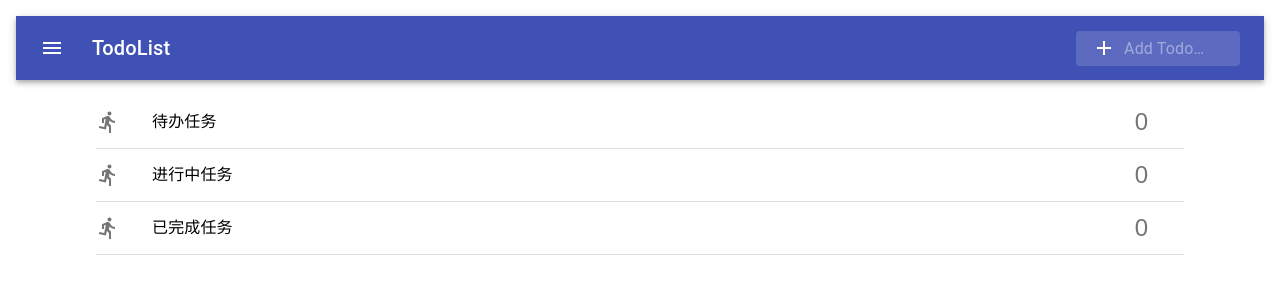
Repository: harperl71/TodoList
Page: /
These files come from the project's save history. The page is drawn as it stood at one moment and after the next save; the edit follows.
The browser window is 1280 px wide. The pictures show the whole page.
The project was rebuilt for these pictures with package versions that can differ from the ones it lists, and the page was loaded fresh each time. Also part of the build but not shown: src/components/content/task-item/index.tsx.

Above is the page before, as saved 2021-05-21 09:13:48.

### src/App.tsx
import React from "react";
import Header from "./components/header";
import Content from "./components/content";
import Footer from "./components/footer";
import Myprovider from "./context";

function App() {
  return (
    <div className="APP">
      <Myprovider>
        <Header />
        <Content />
        <Footer />
      </Myprovider>
    </div>
  );
}

export default App;

### src/components/header/index.tsx
import React, { useContext } from "react";
import { MyContext } from "../../context";
import AppBar from "@material-ui/core/AppBar";
import Toolbar from "@material-ui/core/Toolbar";
import IconButton from "@material-ui/core/IconButton";
import Typography from "@material-ui/core/Typography";
import InputBase from "@material-ui/core/InputBase";
import { makeStyles, fade } from "@material-ui/core/styles";
import MenuIcon from "@material-ui/icons/Menu";
import AddIcon from "@material-ui/icons/Add";

const useStyles = makeStyles((theme) => ({
  header: {
    margin: theme.spacing(2),
    justifyContent: "space-between",
  },
  listButton: {
    marginRight: theme.spacing(2),
  },
  title: {
    flexGrow: 1,
    display: "none",
    [theme.breakpoints.up("sm")]: {
      display: "block",
    },
  },
  search: {
    position: "relative",
    borderRadius: theme.shape.borderRadius,
    backgroundColor: fade(theme.palette.common.white, 0.15),
    "&:hover": {
      backgroundColor: fade(theme.palette.common.white, 0.25),
    },
    marginLeft: 0,
    width: "100%",
    [theme.breakpoints.up("sm")]: {
      marginLeft: theme.spacing(1),
      width: "auto",
    },
  },
  addIcon: {
    padding: theme.spacing(0, 2),
    height: "100%",
    position: "absolute",
    pointerEvents: "none",
    display: "flex",
    alignItems: "center",
    justifyContent: "center",
  },
  inputRoot: {
    color: "inherit",
  },
  inputInput: {
    padding: theme.spacing(1, 1, 1, 0),
    // vertical padding + font size from searchIcon
    paddingLeft: `calc(1em + ${theme.spacing(4)}px)`,
    transition: theme.transitions.create("width"),
    width: "100%",
    [theme.breakpoints.up("sm")]: {
      width: "12ch",
      "&:focus": {
        width: "20ch",
      },
    },
  },
}));

export default function SearchAppBar() {
  const classes = useStyles();
  const { Add } = useContext(MyContext);

  const enterPress = (evt: React.SyntheticEvent) => {
    if (
      (evt as KeyboardEventInit).code === "Enter" &&
      (evt.target as HTMLInputElement).value !== ""
    ) {
      Add((evt.target as HTMLInputElement).value);
      (evt.target as HTMLInputElement).value = "";
    }
  };

  return (
    <div className={classes.header}>
      <AppBar position="static">
        <Toolbar>
          <IconButton
            edge="start"
            className={classes.listButton}
            color="inherit"
            aria-label="open drawer"
          >
            <MenuIcon />
          </IconButton>
          <Typography className={classes.title} variant="h6" noWrap>
            TodoList
          </Typography>
          <div className={classes.search}>
            <div className={classes.addIcon}>
              <AddIcon />
            </div>
            <InputBase
              placeholder="Add Todo…"
              required
              classes={{
                root: classes.inputRoot,
                input: classes.inputInput,
              }}
              onKeyPress={enterPress}
            />
          </div>
        </Toolbar>
      </AppBar>
    </div>
  );
}

### src/components/content/index.tsx
import React, { Fragment } from "react";
import TaskList from "./task-list";
import { makeStyles } from "@material-ui/core";

const useStyles = makeStyles((theme) => ({
  content: {
    margin: theme.spacing(0, 6),
    justifyContent: "center",
  },
}));

const Content = () => {
  const classes = useStyles();
  return (
    <div className={classes.content}>
      <Fragment>
        <TaskList title="待办任务" status="todo" />
        <TaskList title="进行中任务" status="doing" />
        <TaskList title="已完成任务" status="done" />
      </Fragment>
    </div>
  );
};

export default Content;

### src/components/footer/index.tsx
import React from "react";

const Footer = () => {
  return <div className="footer"></div>;
};

export default Footer;

### src/context/index.tsx
import React, { createContext, useState } from "react";

export interface TodoProps {
  id: number;
  text: string;
  status: string;
}

export interface ContextProps {
  todoList: TodoProps[];
  Add: (item: string) => void;
  Delete: (id: number) => void;
  Remove: (index: number, status: string) => void;
  Clear: () => void;
}

export const MyContext = createContext({} as ContextProps);

const Myprovider = (props: React.PropsWithChildren<{}>) => {
  const [todoList, setList] = useState<TodoProps[]>([]);

  const Add = (item: string) => {
    const listItem = {
      id: new Date().getTime(),
      text: item,
      status: "todo",
    };
    setList([...todoList, listItem]);
  };
  //console.log(...todoList);

  const Delete = (id: number) => {
    setList(todoList.filter((item) => item.id !== id));
  };

  const Remove = (index: number, status: string) => {
    if (status === "todo") {
      const listItem = Object.assign({}, todoList[index], {
        status: "doing",
      });
      const list = todoList.splice(index, 1);
      setList([...list, listItem]);
    }
    if (status === "doing") {
      const listItem = Object.assign({}, todoList[index], {
        status: "done",
      });
      const list = todoList.splice(index, 1);
      setList([...list, listItem]);
    }
  };

  const Clear = () => setList([]);

  return (
    <MyContext.Provider value={{ todoList, Add, Delete, Remove, Clear }}>
      {props.children}
    </MyContext.Provider>
  );
};

export default Myprovider;

### src/components/content/task-list/index.tsx
import React, { useContext } from "react";
import TaskItem from "../task-item";
import { MyContext } from "../../../context";
import {
  makeStyles,
  List,
  ListItem,
  ListItemIcon,
  ListItemText,
  Divider,
  IconButton,
} from "@material-ui/core";
import DirectionsRunIcon from "@material-ui/icons/DirectionsRun";

const useStyles = makeStyles((theme) => ({
  root: {
    margin: theme.spacing(0, 6),
    justifyContent: "space-between",
  },
  listTitle: {
    justifyContent: "center",
  },
  listHeader: {
    padding: 0,
  },
  list: {
    padding: 0,
  },
  listnum: {
    marginRight: theme.spacing(3),
    color: "secondary",
  },
}));

interface Iprops {
  title: string;
  status: string;
}

const TaskList = ({ title, status }: Iprops) => {
  const classes = useStyles();

  const { todoList } = useContext(MyContext);
  //console.log(todoList);

  return (
    <div className={classes.root}>
      <section className={classes.listTitle} id={title}>
        <List
          className={classes.list}
          component="nav"
          aria-label="main mailbox folders"
        >
          <ListItem className={classes.listHeader} button>
            <ListItemIcon>
              <DirectionsRunIcon />
            </ListItemIcon>
            <ListItemText primary={title} />
            <IconButton
              className={classes.listnum}
              //color="primary"
              aria-label="list-num"
            >
              {
                todoList.filter((item) => {
                  return item.status === status;
                }).length
              }
            </IconButton>
          </ListItem>
          <Divider />
        </List>
      </section>
      <section className={title}>
        {todoList
          .filter((item) => {
            return item.status === status;
          })
          .map((item) => {
            return <TaskItem />;
          })}
      </section>
    </div>
  );
};

export default TaskList;

Loaded but not shown: public/index.html (common file); src/index.tsx (common file); src/index.css (common file); src/reportWebVitals.ts (common file)

After the next save:
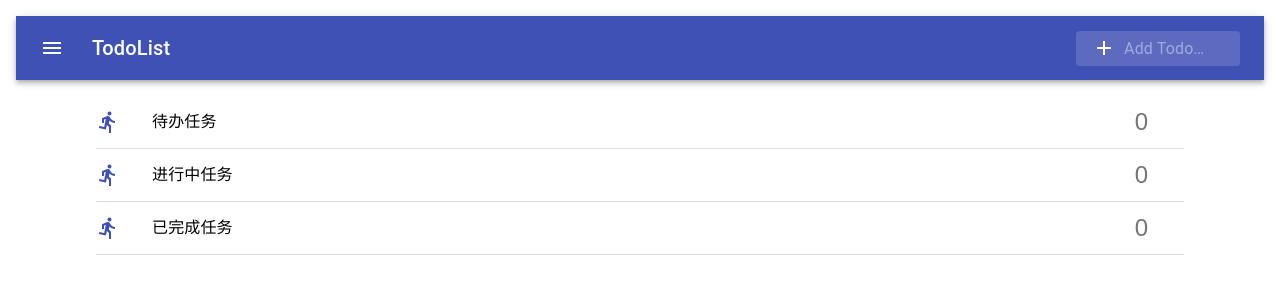
Saved 17 s later.
--- a/src/components/content/task-list/index.tsx
+++ b/src/components/content/task-list/index.tsx
@@ -53,7 +53,7 @@ const TaskList = ({ title, status }: Iprops) => {
         >
           <ListItem className={classes.listHeader} button>
             <ListItemIcon>
-              <DirectionsRunIcon />
+              <DirectionsRunIcon color="primary" />
             </ListItemIcon>
             <ListItemText primary={title} />
             <IconButton
